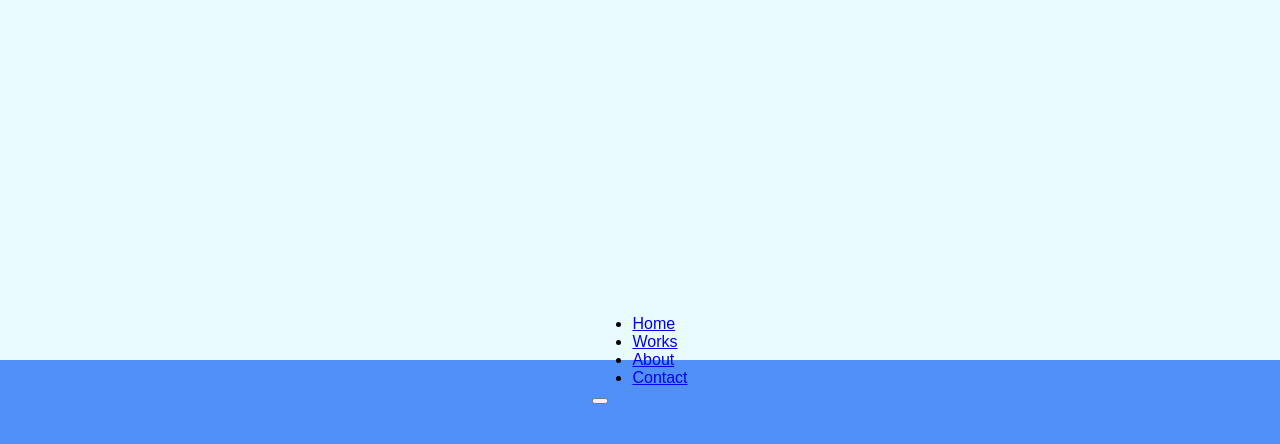
Repository: MMXiaohang/50projects50days-copy
Page: 14-animated-navigation/1-index.html
An editor plug-in stored every save of this project. The page is shown before and after the next save, followed by the edit.
The browser window is 1280 px wide. The pictures show the whole page.

Above is the page before, as saved 2022-07-29 00:04:16.

### 14-animated-navigation/1-index.html
<!DOCTYPE html>
<html lang="en">
<head>
    <meta charset="UTF-8">
    <meta http-equiv="X-UA-Compatible" content="IE=edge">
    <meta name="viewport" content="width=device-width, initial-scale=1.0">
    <link rel="stylesheet" href="./1-style.css">
    <title>Animated Navigation</title>
</head>
<body>
    <nav id="nav" class="active">
        <ul>
            <li><a href="#">Home</a></li>
            <li><a href="#">Works</a></li>
            <li><a href="#">About</a></li>
            <li><a href="#">Contact</a></li>
        </ul>

        <button id="toggle" class="icon">
            <div class="line line1"></div>
            <div class="line line2"></div>
        </button>

    </nav>

    <script src="./1-script.js"></script>
</body>
</html>

### 14-animated-navigation/1-style.css

*{
    margin: 0;
    box-sizing: border-box;
}


body {
    font-family: 'Muli', sans-serif;
    background-color: #eafbff;
    background-image: linear-gradient(
        to bottom,
        #eafbff 0%,
        #eafbff 50%,
        #5290f9 50%,
        #5290f9 100%
    );
    display: flex;
    justify-content: center;
    align-items: center;
    height: 100vh;
}

Loaded but not shown: 14-animated-navigation/1-script.js (no stored copy; drawn as an empty file)

After the next save:
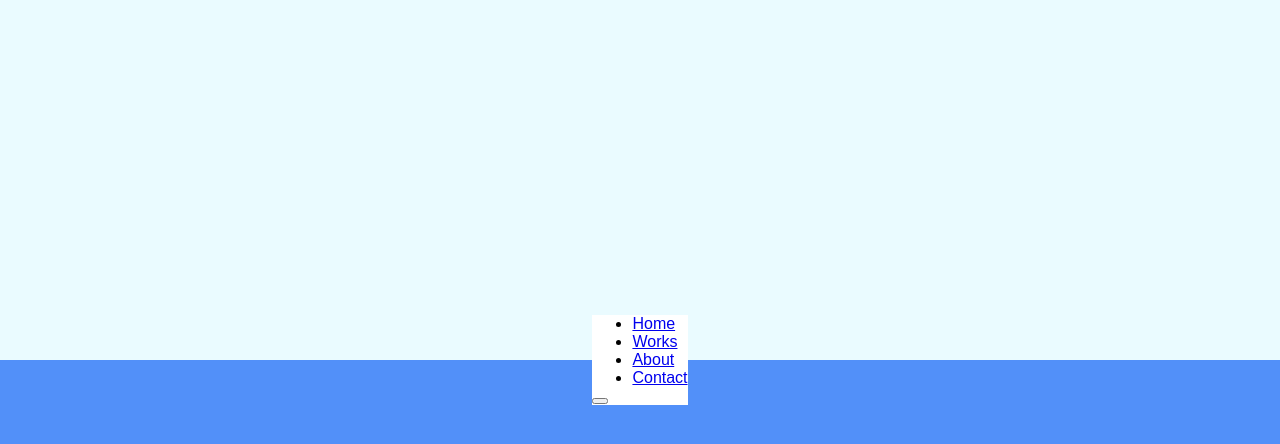
Saved 22 s later.
--- a/14-animated-navigation/1-style.css
+++ b/14-animated-navigation/1-style.css
@@ -20,3 +20,8 @@ body {
     align-items: center;
     height: 100vh;
 }
+
+
+nav {
+    background-color: #fff;
+}
